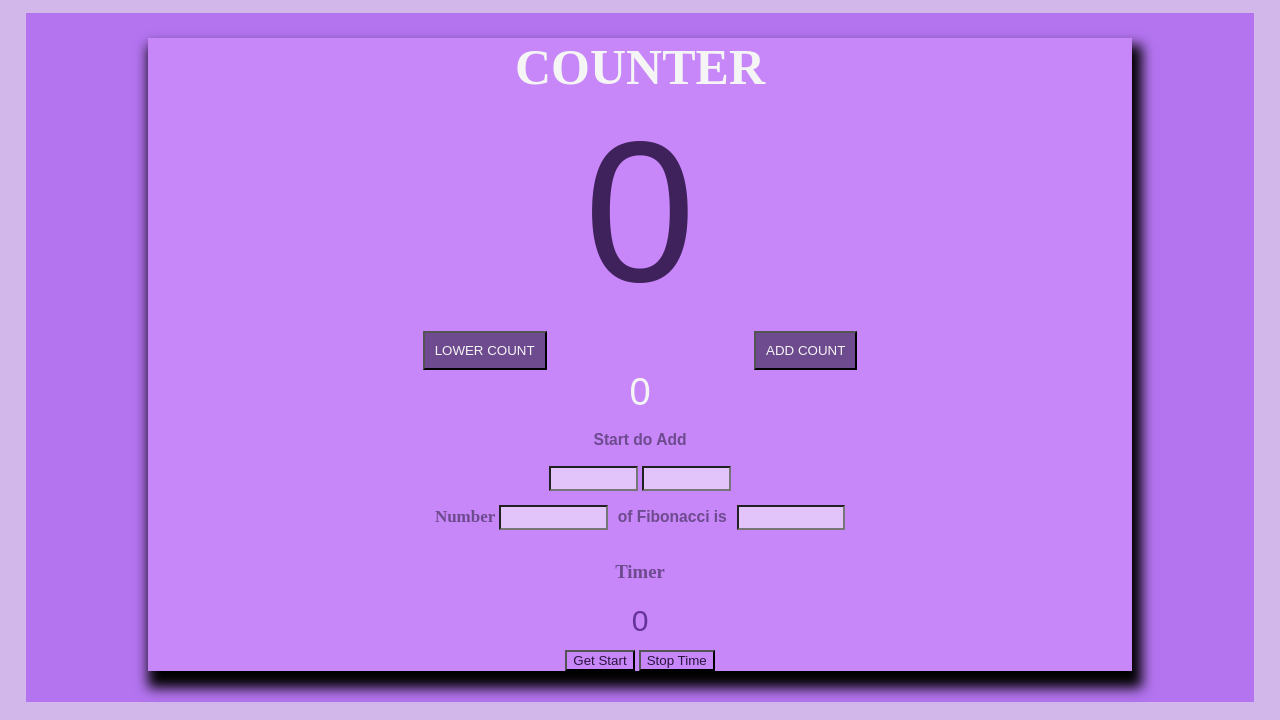
Repository: AnahitKhechumyan/Counter
Page: index.html
An editor plug-in stored every save of this project. The page is shown before and after the next save, followed by the edit.
The browser window is 1280 px wide. The pictures show the whole page.

Above is the page before, as saved 2022-02-16 02:10:17.

### index.html
<!DOCTYPE html>
<html lang="en">
<head>
    <meta charset="UTF-8">
    <meta http-equiv="X-UA-Compatible" content="IE=edge">
    <meta name="viewport" content="width=device-width, initial-scale=1.0">
    <link rel="stylesheet" href="style.css">
    <title>Counter</title>
</head>
<body>
    <div class="container">
       <div class="main">
            <div class="header">COUNTER</div>
            <button class= "counter">0</button>
            <div class = "change">
                 <button class ="decrement" type="button">LOWER COUNT</button>
                 <button class ="increment" type="button">ADD COUNT</button>
            </div>
            <button class= "sum">0</button> <br>
            <button class= "add" type="button"><h3>Start do Add</h3></button>
            <div >
                <input class ="firstInput" type="text" />
                <input class ="secondInput" type = "text"/>
           </div>
           <span>Number</span>
           <input class= "inputNumber" type="text" />
           <button class= "fibonacci" type="button"><h3>of Fibonacci is</h3></button>
           <input class= "inputFibonacci" type="text"/>

           <h3>Timer</h3>
           <button class= "timer">0</button>
            <div>
                <button class ="getTime">Get Start</button>
                <button class ="stopTime">Stop Time</button>
           </div>
        </div>
    </div>
    <script src= "script.js"></script>
</body>
</html>

### style.css
body{
    margin: 0;
    background-color: rgb(210, 183, 235);
}
.container{
    background-color: rgb(180, 116, 240);
    width: 96%;
    height: 94vh;
    margin-right:2%;
    margin-left:2%;
    margin-top:1%;
    padding-top: 1%;

}
.main{
    background-color: rgb(199, 135, 248);
    width: 80%;
    height: 88vh;
    margin: 1% 10%;
    box-shadow: 5px 12px 12px 5px;
    text-align: center;
}
.header{
    text-align: center;
    color:whitesmoke;
    font-size: 50px;
    font-weight: 700;
}

.counter{
    border:none;
    font-size:200px;
    color:rgb(63, 33, 92);
    background-color:rgb(199, 135, 248) ;

}
 .change{
     background-color:  rgb(199, 135, 248);
     font-size: 30px;
 }
.decrement{
    padding:10px;
    margin-right: 100px;
   background-color: rgb(110, 74, 143);
   color:whitesmoke;
}
.decrement:hover{
    background-color:whitesmoke;
    color:rgb(110, 74, 143);
    cursor:pointer;
}
.increment{
    padding:10px;
    margin-left: 100px;
    background-color: rgb(110, 74, 143);
    color:whitesmoke;
}
.increment:hover{
    background-color:whitesmoke;
    color:rgb(110, 74, 143);
    cursor:pointer;
}
.sum{
    border:none;
    background-color: rgb(199, 135, 248);
    color:whitesmoke;
    font-size: 38px;
}
.firstInput, .secondInput{
    width: 8%;
    padding:3px;
}
.fibonacci{
    background-color: rgb(199, 135, 248);
    border:none;
}
.inputNumber, .inputFibonacci{
    width: 10%;
    padding:3px;
}
input{
    background-color: rgb(227, 196, 250);
}

.timer{
    padding:2px 3px;
    font-size: 30px;
   width: 5%;
   border:none;
   color:rebeccapurple;
   background-color:rgb(199, 135, 248);;
}

.getTime, .stopTime{
    margin-top:1%;
    background-color:rgb(199, 135, 248);
    color:rgb(41, 20, 61);
    cursor:pointer;
}
.getTime:hover, .stopTime:hover{
    background-color: whitesmoke;
    font-weight: 200;
}
h3{
    cursor:pointer;
    color:rgb(110, 74, 143);
}
.add{
    border:none;
    background-color: rgb(199, 135, 248);
}
.main >span{
 font-size: 17px;
 font-weight: 700;
 color:rgb(110, 74, 143);
}

### script.js
let counterElem = document.querySelector(".counter");
let addCount = document.querySelector(".increment");
let lowerCount = document.querySelector(".decrement");
let getTimer = document.querySelector(".getTime");
let stopTimer = document.querySelector(".stopTime");
let goTimer = document.querySelector(".timer");
let startAdd = document.querySelector(".add");
let addSum = document.querySelector(".sum");
let firstNum = document.querySelector(".firstInput");
let secondNum = document.querySelector(".secondInput");
let getFibonacci = document.querySelector(".fibonacci");
let inputNum = document.querySelector(".inputNumber");
let  addFibonacci = document.querySelector(".inputFibonacci");

let count = 0;
updateDisplay();

addCount.addEventListener("click", () => {
  count++;
  updateDisplay();
});
lowerCount.addEventListener("click", () => {
  count--;
  updateDisplay();
});

function updateDisplay() {
  counterElem.innerHTML = count;
}

startAdd.addEventListener("click", () => {
  let x = firstNum.value;
  let y = secondNum.value;
  addSum.innerHTML = add(x)(y);
  firstNum.value = " ";
  secondNum.value = " ";
});

let sum = 0;
function add(x) {
  return function (y) {
    return Number(x) + Number(y);
  };
}

getFibonacci.addEventListener("click", () => {
    let f = inputNum.value;
    addFibonacci.value = findFibonacci(f);
    inputNum.value = " ";
  });

  let findFibonacci = function(f){
              if(f<=0){
                   return 0;
                 }
              if(f===1){
                   return 1;
                 }
              if(f===2){
                   return 2;
                }
    return findFibonacci(f-2) + findFibonacci(f-1);
};

countTime = 0;
function getTime() {
  countTime++;
  goTimer.innerHTML = countTime;
}
let timer = 0;
getTimer.addEventListener("click", () => {
  timer = setInterval(getTime, 1000);
});

stopTimer.addEventListener("click", () => {
  clearInterval(timer);
  countTime = 0;
  goTimer.innerHTML = 0;
});

After the next save:
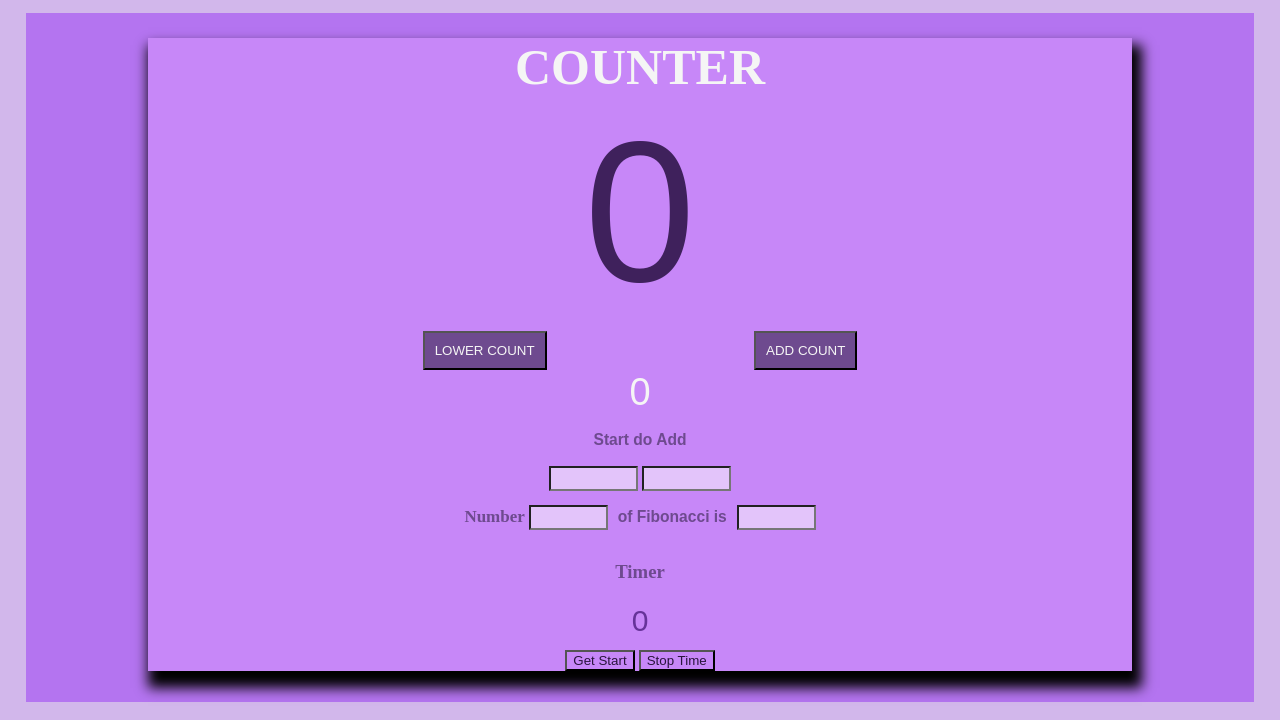
Saved 62 s later.
--- a/style.css
+++ b/style.css
@@ -75,7 +75,7 @@ body{
     border:none;
 }
 .inputNumber, .inputFibonacci{
-    width: 10%;
+    width: 7%;
     padding:3px;
 }
 input{
